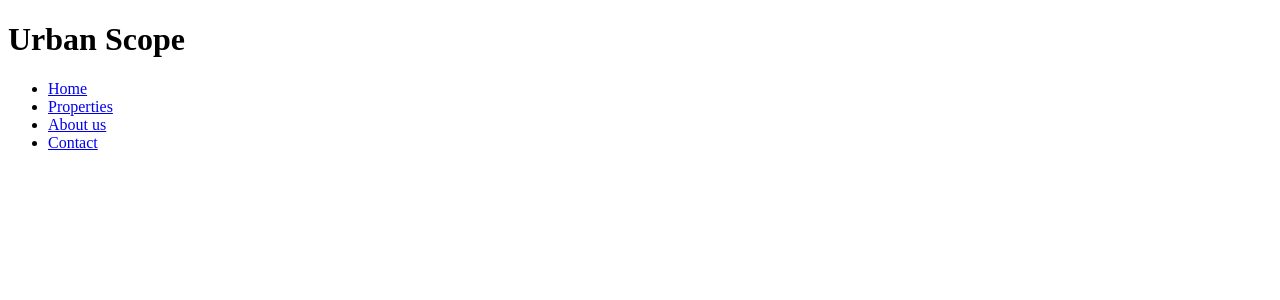
Repository: Gianeuz/CD-Miranda
Page: home/main.html
These files come from the project's save history. The page is drawn as it stood at one moment and after a run of saves; the edit follows.
The browser window is 1280 px wide. The pictures show the whole page.

Above is the page before, as saved 2026-09-20 03:16:28.

After the next 12 saves:
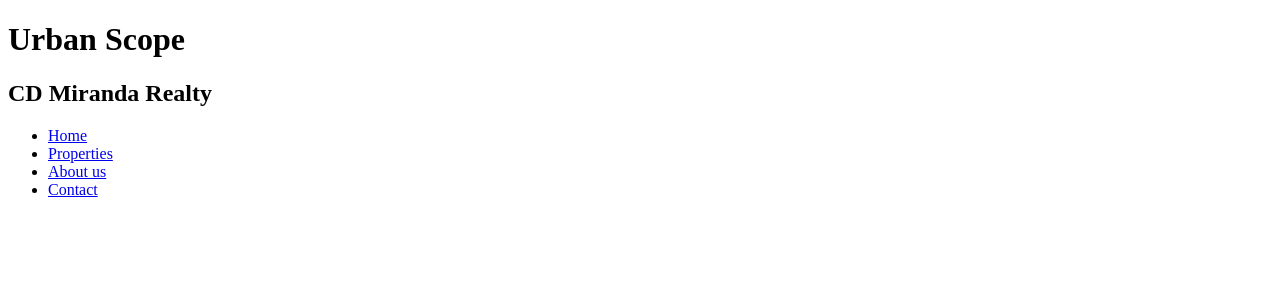
The 12 saves are shown as one change because they came seconds apart.
The last was saved 22 s later.
--- a/home/main.html
+++ b/home/main.html
@@ -7,7 +7,8 @@
 </head>
 <body>
 
-    <h1>Urban Scope </h1>
+    <h1>Urban Scope</h1>
+    <h2>CD Miranda Realty</h2>
     <ul>
         <li><a href="index.html">Home</a></li>
         <li><a href="about.html">Properties</a></li>
